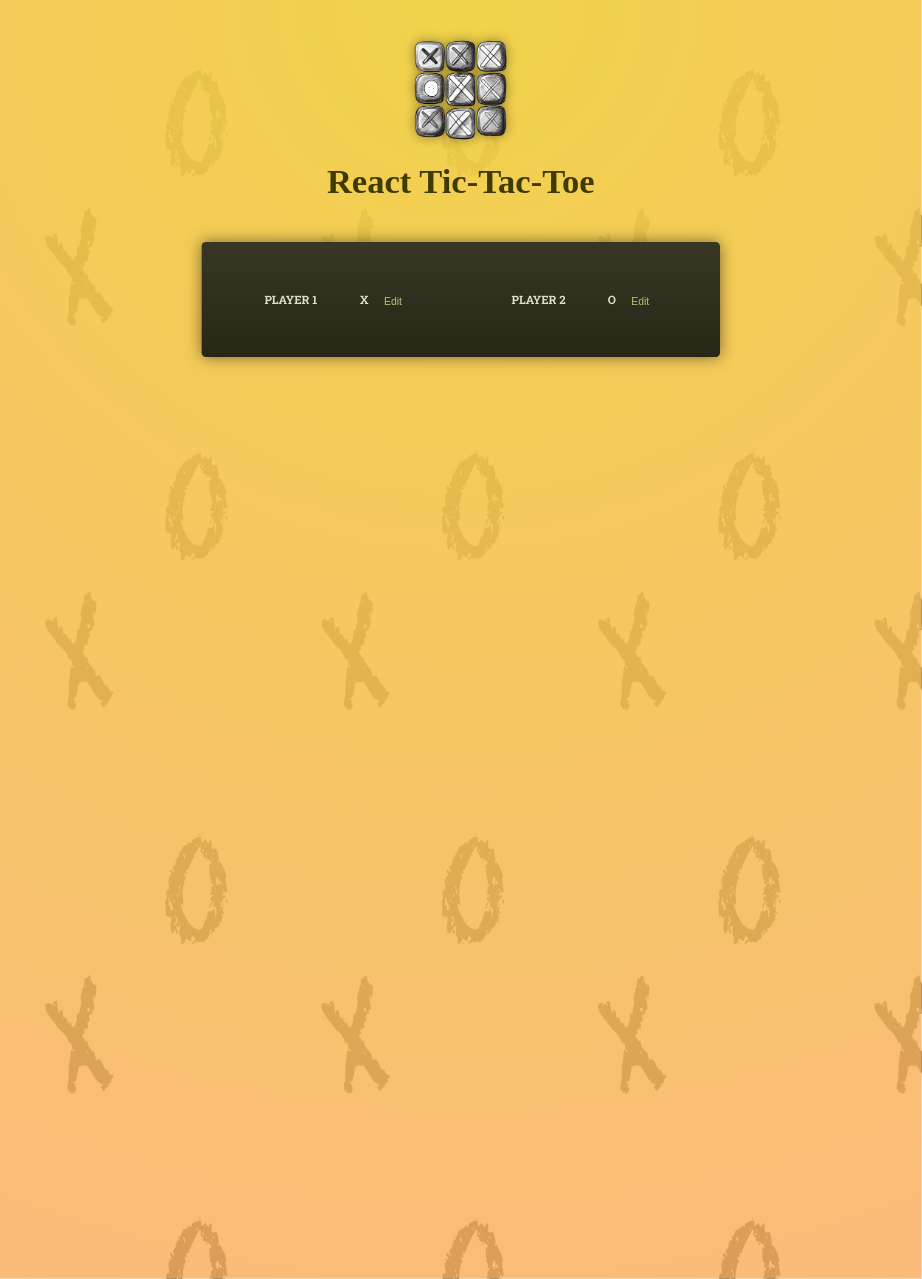
Repository: ooluchi/tic-tac-toe-rprac
Page: /
The author's editor kept a copy of each file at every save. The page is drawn from the files as they stood at one save, then again after the next save.
The browser window is 1280 px wide. The pictures show the whole page, at 72% of full size.
Some web fonts or font styles are not loaded; a fallback is used. The project was rebuilt for these pictures with package versions that can differ from the ones it lists, and the page was loaded fresh each time. Also part of the build but not shown: vite.config.js.

Above is the page before, as saved 2024-10-22 05:00:14.

### index.html
<!DOCTYPE html>
<html lang="en">
  <head>
    <meta charset="UTF-8" />
    <link rel="icon" type="image/svg+xml" href="/game-logo.png" />
    <meta name="viewport" content="width=device-width, initial-scale=1.0" />
    <title>React Tic-Tac-Toe</title>
  </head>
  <body>
    <header>
      <img src="game-logo.png" />
    <h1>React Tic-Tac-Toe</h1>
    </header>
    <div id="root"></div>
    <script type="module" src="/src/index.jsx"></script>
  </body>
</html>

### src/App.jsx
import Player from "./components/Player"
function App() {


  return (
   <main>
    <div id="game-container">
      <ol id="players">
        <Player name ="Player 1" symbol="X" />
        <li>
        <span className="player">
          <span className="player-name">Player 2</span>
          <span className="player-symbol">O</span>
          </span>
          <button>Edit</button>
        </li>

      </ol>
    </div>

    </main>
  )
}

export default App

### src/components/Player.jsx


export default function Player({name, symbol}){
    return (
            <li>
          <span className="player">
          <span className="player-name">{name}</span>
          <span className="player-symbol">{symbol}</span>
          </span>
          <button>Edit</button>
        </li>
    )
}

Loaded but not shown: src/index.jsx (common file); src/index.css (common file)

After the next save:
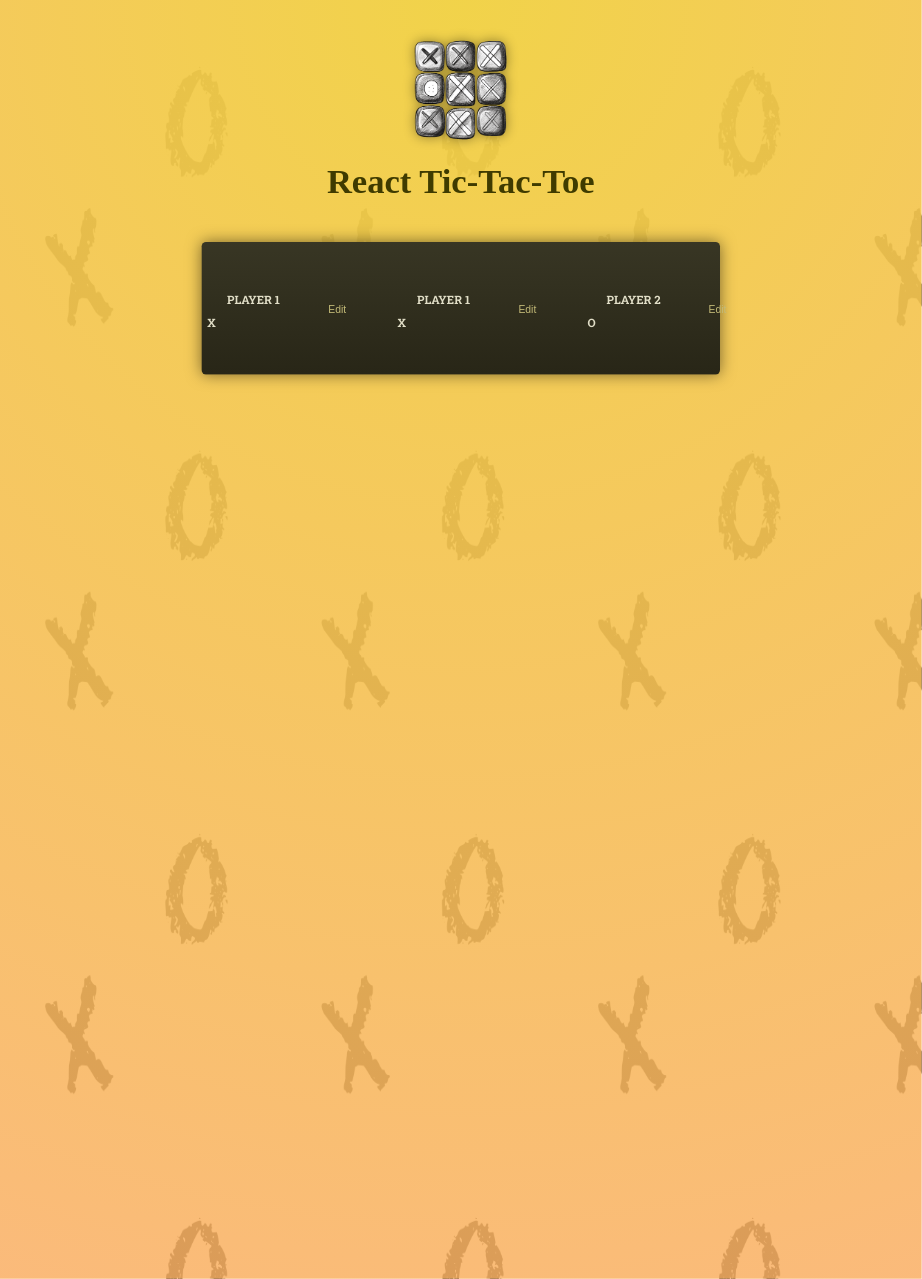
Saved 17 s later.
--- a/src/App.jsx
+++ b/src/App.jsx
@@ -6,6 +6,7 @@
    <main>
     <div id="game-container">
       <ol id="players">
+        <Player name ="Player 1" symbol="X" />
         <Player name ="Player 1" symbol="X" />
         <li>
         <span className="player">
